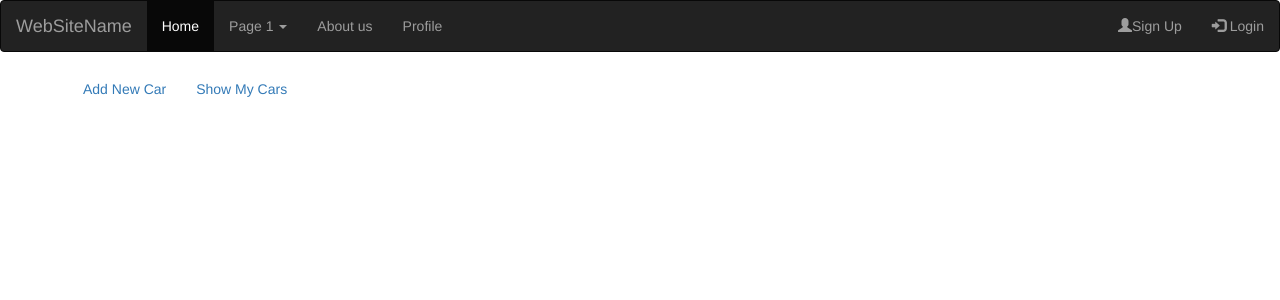
Repository: Ahmad-hamdan98/Java_Project
Page: http://localhost/javaproject/WIB-INF/ShowAll.jsp
An editor plug-in stored every save of this project. The page is shown before and after the next save, followed by the edit.
The browser window is 1280 px wide. The pictures show the whole page.
The page is served by Tomcat 9. Other server files are loaded and not shown.

Above is the page before, as saved 2022-11-20 06:59:28.

### atfirst/javaproject/src/main/webapp/WIB-INF/ShowAll.jsp

 <%@ page language="java" contentType="text/html; charset=UTF-8" pageEncoding="UTF-8"%>
<!-- c:out ; c:forEach etc. -->
  <%@taglib uri="http://java.sun.com/jsp/jstl/core" prefix="c"%>
 <!-- Formatting (dates) -->
<%@taglib uri="http://java.sun.com/jsp/jstl/fmt" prefix="fmt"%>
<!-- form:form -->
<%@ taglib prefix="form" uri="http://www.springframework.org/tags/form"%>
<!-- for rendering errors on PUT routes -->
<%@ page isErrorPage="true" %>

  <!DOCTYPE html>
<html>

<head>

  <title>Bootstrap Case</title>
  <meta charset="utf-8">
  <meta name="viewport" content="width=device-width, initial-scale=1">
  <link rel="stylesheet" href="https://maxcdn.bootstrapcdn.com/bootstrap/3.3.6/css/bootstrap.min.css">

</head>
<body>

<nav class="navbar navbar-inverse">
  <div class="container-fluid">
    <div class="navbar-header">
      <a class="navbar-brand" href="#">WebSiteName</a>
    </div>
    <ul class="nav navbar-nav">
      <li class="active"><a href="#">Home</a></li>
      <li class="dropdown"><a class="dropdown-toggle" data-toggle="dropdown" href="#">Page 1 <span class="caret"></span></a>
        <ul class="dropdown-menu">
          <li><a href="#">Page 1-1</a></li>
          <li><a href="#">Page 1-2</a></li>
          <li><a href="#">Page 1-3</a></li>
        </ul>
      </li>

      <li><a href="#">About us</a></li>
      <li><a href="#">Profile</a></li>
    </ul>
    <ul class="nav navbar-nav navbar-right">
   <c:choose>
    	<c:when test="${user.id!=Null}">
    	<li><a href="/logout"><span class="glyphicon glyphicon-user"></span>Logout</a></li>
    	 </c:when>
    	 <c:otherwise>

      <li><a href="/login"><span class="glyphicon glyphicon-user"></span>Sign Up</a></li>
      <li><a href="/login"><span class="glyphicon glyphicon-log-in"></span> Login</a></li>
   </c:otherwise>
    	</c:choose>
    </ul>
  </div>
</nav>

<div class="container">
  <%-- <h1>Welcome ${user.userName}</h1>  --%>

  <a href="/newcar" class="btn btn-secondary">Add New Car</a>
  <a href="/showcar" class="btn btn-secondary">Show My Cars</a>




</div>
<script src="https://ajax.googleapis.com/ajax/libs/jquery/1.12.0/jquery.min.js"></script>
<script src="https://maxcdn.bootstrapcdn.com/bootstrap/3.3.6/js/bootstrap.min.js"></script>



</body>
</html>

After the next save:
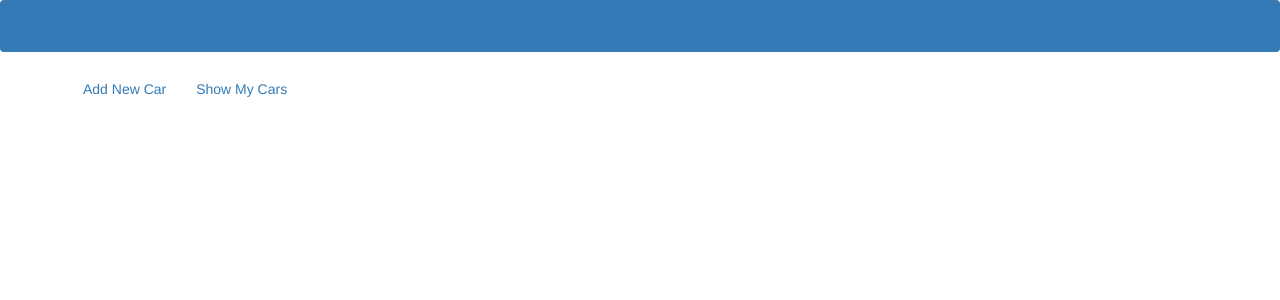
Saved 10 min 52 s later.
--- a/atfirst/javaproject/src/main/webapp/WIB-INF/ShowAll.jsp
+++ b/atfirst/javaproject/src/main/webapp/WIB-INF/ShowAll.jsp
@@ -22,7 +22,7 @@
 </head>
 <body>
 
-<nav class="navbar navbar-inverse">
+<nav class="navbar navbar-dark bg-primary">
   <div class="container-fluid">
     <div class="navbar-header">
       <a class="navbar-brand" href="#">WebSiteName</a>
